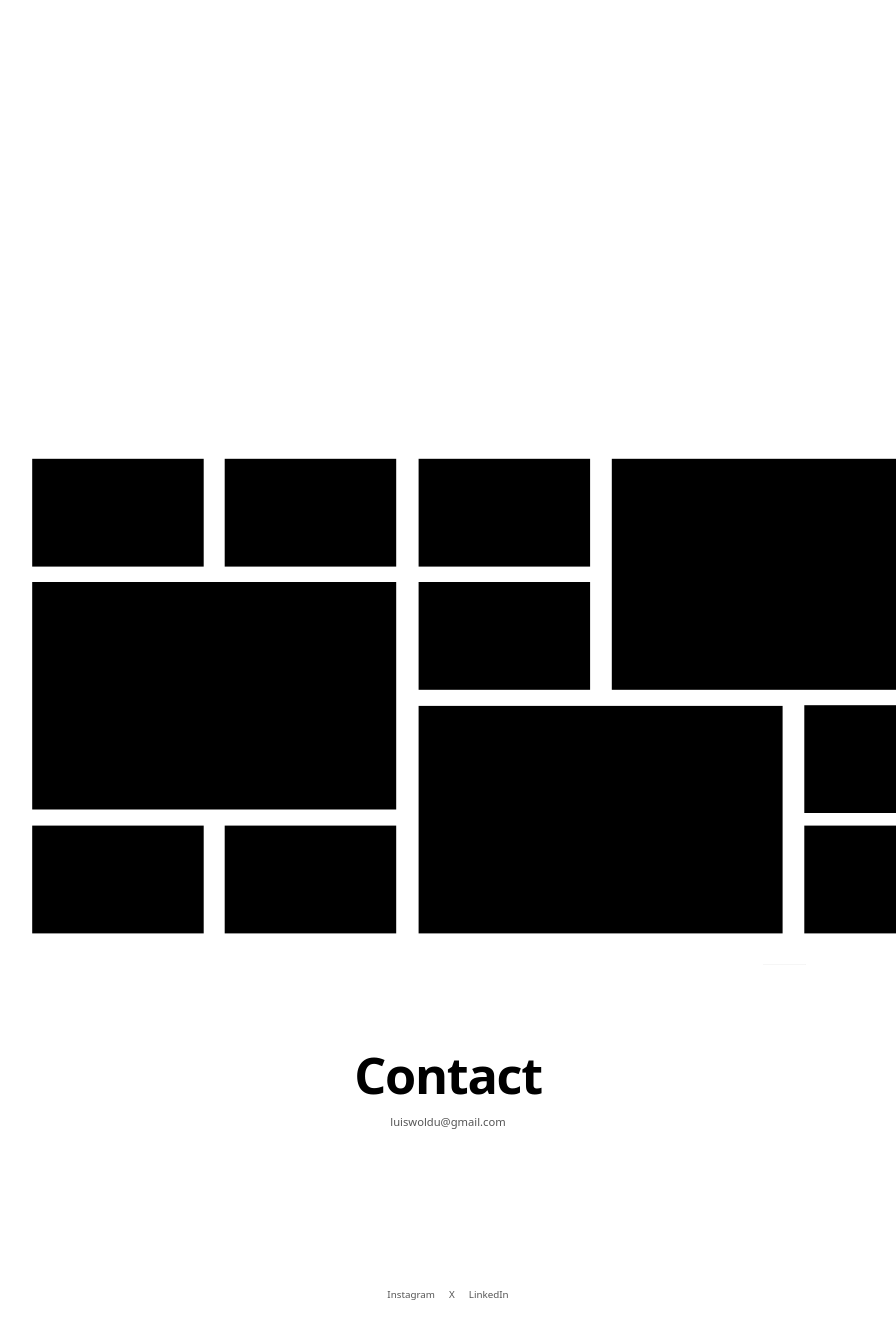
Repository: luiswoldu/personal
Page: /
An editor plug-in stored every save of this project. The page is shown before and after the next save, followed by the edit.
The browser window is 1280 px wide. The pictures show the part of the page from y = 808 to 2728 px (the page is 2708 px tall before and 2728 px after), at 70% of full size.
The project was rebuilt for these pictures with package versions that can differ from the ones it lists, and the page was loaded fresh each time. Also part of the build but not shown: vite.config.js.

Above is the page before, as saved 2025-01-08 22:31:01.

### index.html
<!doctype html>
<html lang="en">
  <head>
    <meta charset="UTF-8" />
    <link rel="icon" type="image/svg+xml" href="/vite.svg" />
    <meta name="viewport" content="width=device-width, initial-scale=1.0" />
    <link rel="preconnect" href="https://fonts.googleapis.com">
    <link rel="preconnect" href="https://fonts.gstatic.com" crossorigin>
    <link href="https://fonts.googleapis.com/css2?family=Montserrat:wght@400;700&display=swap" rel="stylesheet">
    <title>Vite + React</title>
  </head>
  <body>
    <div id="root"></div>
    <script type="module" src="/src/main.jsx"></script>
  </body>
</html>

### src/index.css
@tailwind base;
@tailwind components;
@tailwind utilities;

/* Reset all containers */
html, body, #root, #app {
  margin: 0 !important;
  padding: 0 !important;
  width: 100vw !important;
  max-width: 100vw !important;
  overflow-x: hidden !important;
}

.gallery-grid {
  width: fit-content;
  height: 750px;
  position: relative;
  margin: 0;
  padding: 24px;
  background-color: #ffffff;
}

.gallery-item {
  background-color: #000000;
  overflow: hidden;
  position: absolute;
  color: white;
  opacity: 0;
  transform: translateY(20px);
  /* Remove the animation from base class */
}

/* Only apply animation when animate class is present */
.gallery-item.animate {
  animation: fadeInUp 0.8s ease-out forwards;
}

/* Define keyframes for the fade-in-up animation */
@keyframes fadeInUp {
  0% {
    opacity: 0;
    transform: translateY(20px);
  }
  100% {
    opacity: 1;
    transform: translateY(0);
  }
}

/* Apply staggered animation delays for each tile */
.gallery-item.animate:nth-child(1) { animation-delay: 0s; }
.gallery-item.animate:nth-child(2) { animation-delay: 0.1s; }
.gallery-item.animate:nth-child(3) { animation-delay: 0.2s; }
.gallery-item.animate:nth-child(4) { animation-delay: 0.3s; }
.gallery-item.animate:nth-child(5) { animation-delay: 0.4s; }
.gallery-item.animate:nth-child(6) { animation-delay: 0.5s; }
.gallery-item.animate:nth-child(7) { animation-delay: 0.6s; }
.gallery-item.animate:nth-child(8) { animation-delay: 0.7s; }

/* Base tile sizes */
.small-tile {
  width: 245px;
  height: 154px;
}

.large-tile {
  width: 520px;
  height: 325px;
}

/* First row - Adjusted gaps to align with large2 */
.small1 { left: 46px; top: 24px; }
.small2 { left: 321px; top: 24px; }
.small3 { left: 598px; top: 24px; }  /* Changed from 595px to 594px */
.large1 { left: 874px; top: 24px; }

/* Second row */
.large2 { left: 46px; top: 200px; }
.small6 { left: 598px; top: 200px; }

/* Third row - Adjusted gaps to align with large2 */
.small4 { left: 46px; top: 548px; }
.small5 { left: 321px; top: 548px; }
.large3 { left: 598px; top: 377px; }  /* Changed from 595px to 594px */

/* Vertically stacked beside large3 */
.small7 {
    left: 1149px;
    top: 376px;
}
.small8 {
    left: 1149px;
    top: 548px;
}

.large1 {
  left: 874px;
  top: 24px;
  height: 330px; /* Increased from 325px to 330px */
}

### src/App.jsx
import { useState } from 'react'
import './App.css'
import TabBar from './components/TabBar'
import ScrollTransformHeader from './components/ScrollTransformHeader.jsx'
import Introduction from './components/Introduction'
import Work from './components/Work'
import Contact from './components/Contact'
import Footer from './components/Footer.jsx'

function App() {
  return (
    <>
      <TabBar />
      <div style={{ paddingTop: '60px', margin: 0, padding: 0, width: '100%' }}>
        <ScrollTransformHeader />
        <Introduction />
        <Work />
        <Contact />
        <Footer />
      </div>
    </>
  );
}

export default App;

### src/components/TabBar.jsx
import React, { useState, useEffect } from 'react';
import { motion } from 'framer-motion';

const TabBar = () => {
  const [activeSection, setActiveSection] = useState('none');

  useEffect(() => {
    const handleScroll = () => {
      const scrollY = window.scrollY;

      if (scrollY < 250) {
        setActiveSection('none');
      } else if (scrollY >= 250 && scrollY < 800) {
        setActiveSection('about');
      } else if (scrollY >= 800 && scrollY < 1760) {
        setActiveSection('work');
      } else if (scrollY >= 1760) {
        setActiveSection('contact');
      }
    };

    window.addEventListener('scroll', handleScroll);
    return () => window.removeEventListener('scroll', handleScroll);
  }, []);

  const getButtonStyle = (buttonName) => ({
    backgroundColor: '#f1f1f1',
    margin: '0 8px',
    padding: '15px 20px',
    paddingTop: '64px',
    paddingBottom: '40px',
    cursor: 'pointer',
    transition: 'all 0.3s ease',
    fontSize: '10.27px',
    fontFamily: 'ui-sans-serif, system-ui, -apple-system, BlinkMacSystemFont, "Segoe UI", Roboto, "Helvetica Neue", Arial, sans-serif',
    fontWeight: '700',
    textTransform: 'uppercase',
    color: activeSection === buttonName.toLowerCase() ? '#000' : '#999',
    border: 'none',
  });

  return (
    <div
      className="tab-bar"
      style={{
        backgroundColor: '#f1f1f1',
        minHeight: '60px',
        position: 'fixed',
        top: 0,
        left: 0,
        right: 0,
        zIndex: 9999,
        display: 'flex',
        justifyContent: 'center',
        alignItems: 'center',
      }}
    >
      <div style={{ display: 'flex', alignItems: 'center', gap: '16px' }}>
        <button style={getButtonStyle('about')}>
          <motion.span
            initial={{ opacity: 0, x: -30 }}
            animate={{ opacity: 1, x: 0 }}
            transition={{ type: 'spring', stiffness: 100, damping: 25, delay: 0.2 }}
          >
            ABOUT
          </motion.span>
        </button>
        <button style={getButtonStyle('work')}>
          <motion.span
            initial={{ opacity: 0, x: -30 }}
            animate={{ opacity: 1, x: 0 }}
            transition={{ type: 'spring', stiffness: 100, damping: 25, delay: 0.4 }}
          >
            WORK
          </motion.span>
        </button>
        <button style={getButtonStyle('contact')}>
          <motion.span
            initial={{ opacity: 0, x: -30 }}
            animate={{ opacity: 1, x: 0 }}
            transition={{ type: 'spring', stiffness: 100, damping: 25, delay: 0.6 }}
          >
            CONTACT
          </motion.span>
        </button>
      </div>
    </div>
  );
};

export default TabBar;

### src/components/ScrollTransformHeader.jsx
import { useState, useEffect } from 'react';

const ScrollTransformHeader = () => {
  const [scrollProgress, setScrollProgress] = useState(0);

  const initialWidth = 805;
  const initialHeight = 330;

  useEffect(() => {
    const handleScroll = () => {
      const progress = Math.min(window.scrollY / 400, 1);
      setScrollProgress(progress);
    };

    window.addEventListener('scroll', handleScroll);
    return () => window.removeEventListener('scroll', handleScroll);
  }, []);

  const getAnimatedDimensions = (progress) => {
    if (progress <= 0.5) {
      const normalizedProgress = progress * 2;
      return {
        width: initialWidth + (window.innerWidth - initialWidth) * normalizedProgress,
        height: initialHeight + (124 - initialHeight) * normalizedProgress
      };
    } else {
      // Increase the shrinking speed by using a larger multiplier (e.g., 4 instead of 2)
      const normalizedProgress = (progress - 0.5) * 4; // Faster shrinking
      return {
        width: window.innerWidth,
        height: 124 * (1 - normalizedProgress)
      };
    }
  };

  const dimensions = getAnimatedDimensions(scrollProgress);
  const translateY = -218 * scrollProgress;

  return (
    <div className="w-full min-h-[200vh] bg-white relative">
      <div
        className="fixed left-1/2 top-[40%] bg-black transition-transform duration-75 ease-out"
        style={{
          width: `${dimensions.width}px`,
          height: `${dimensions.height}px`,
          transform: `translate(-50%, ${translateY}px)`,
        }}
      >
        <img
          src="https://pbs.twimg.com/ext_tw_video_thumb/1858517907182878720/pu/img/1jUUxnTvvX4G4nta.jpg"  // Replace with the actual image URL
          alt="Your description"
          className="absolute top-0 left-0 w-full h-full object-cover"
          style={{
            transform: 'none',  // Ensure the image is not affected by the container's transform
          }}
        />
      </div>
    </div>
  );
};

export default ScrollTransformHeader;

### src/components/Introduction.jsx
import React, { useState, useEffect } from 'react';

const Introduction = () => {
  const [isVisible, setIsVisible] = useState(false);

  useEffect(() => {
    const handleScroll = () => {
      if (window.scrollY >= 50) {
        setTimeout(() => {
          setIsVisible(true);
        }, 200);
      } else {
        setIsVisible(false);
      }
    };

    window.addEventListener('scroll', handleScroll);
    return () => window.removeEventListener('scroll', handleScroll);
  }, []);

  return (
    <div
      style={{
        display: 'flex',
        justifyContent: 'center',
        alignItems: 'center',
        height: '50vh',
        padding: '0 20px',
        backgroundColor: 'white',
        opacity: isVisible ? 1 : 0,
        transition: 'opacity 0.2s ease-in',
        position: 'relative',
        zIndex: 1,
        marginTop: '-80vh',
        marginBottom: '30vh'
      }}
    >
      <p
        style={{
          maxWidth: '600px',
          textAlign: 'left',
          lineHeight: '1.6',
          fontSize: '18px',
          fontFamily: 'ui-sans-serif, system-ui, -apple-system, BlinkMacSystemFont, "Segoe UI", Roboto, "Helvetica Neue", Arial, sans-serif',
          color: '#666666',
          paddingTop: '60px',
          fontWeight: '400'
        }}
      >
        Welcome, I'm James Owen, a British artist and designer based in San Francisco.
        <br /><br />
        As a former Creative Director at ManvsMachine, I've collaborated with brands such as Apple, Nike, Google, and Xbox. Together, we created remarkable projects that garnered worldwide recognition, including D&AD Pencils, Cannes Gold Lions, and many more.
        <br /><br />
        Currently, I'm creating groundbreaking experiences with the Apple Design Team while consuming copious amounts of tea.
      </p>
    </div>
  );
};

export default Introduction;

### src/components/Work.jsx
import React, { useEffect, useRef } from 'react';

const Work = () => {
  const observerRef = useRef(null);

  useEffect(() => {
    // Create intersection observer
    observerRef.current = new IntersectionObserver(
      (entries) => {
        entries.forEach(entry => {
          if (entry.isIntersecting) {
            entry.target.classList.add('animate');
            // Unobserve after animation is triggered so it won't repeat
            observerRef.current.unobserve(entry.target);
          }
        });
      },
      {
        threshold: 0.1 // Trigger when at least 10% of the element is visible
      }
    );

    // Observe all gallery items
    const galleryItems = document.querySelectorAll('.gallery-item');
    galleryItems.forEach(item => {
      observerRef.current.observe(item);
    });

    // Cleanup
    return () => {
      if (observerRef.current) {
        observerRef.current.disconnect();
      }
    };
  }, []);

  return (
    <div
      style={{
        minHeight: 'auto',
        height: '747px',
        backgroundColor: 'white',
        position: 'relative',
        zIndex: 0,
        padding: 0,
        margin: 0,
        width: 'auto',
        overflow: 'hidden',
        left: 0,
        right: 0
      }}
    >
      <div
        className="gallery-grid"
        style={{
          left: 0,
          margin: 0,
          padding: 0
        }}
      >
        {/* Small Tiles */}
        <div className="gallery-item small-tile small1" data-number="1" />
        <div className="gallery-item small-tile small2" data-number="2" />
        <div className="gallery-item small-tile small3" data-number="3" />
        <div className="gallery-item small-tile small4" data-number="4" />
        <div className="gallery-item small-tile small5" data-number="5" />
        <div className="gallery-item small-tile small6" data-number="6" />
        <div className="gallery-item small-tile small7" data-number="7" />
        <div className="gallery-item small-tile small8" data-number="8" />

        {/* Large Tiles */}
        <div className="gallery-item large-tile large1" data-number="9" />
        <div className="gallery-item large-tile large2" data-number="10" />
        <div className="gallery-item large-tile large3" data-number="11" />
      </div>
    </div>
  );
};

export default Work;

### src/components/Contact.jsx
import React, { useEffect, useState } from 'react';
import { useInView } from 'react-intersection-observer';
import './Contact.css';

const Contact = () => {
  const [isLoaded, setIsLoaded] = useState(false);
  const [titleRef, titleInView] = useInView({
    triggerOnce: true,
    threshold: 0.6,
  });

  const [emailRef, emailInView] = useInView({
    triggerOnce: true,
    threshold: 0.6,
  });

  useEffect(() => {
    setIsLoaded(true);
  }, []);

  return (
    <div
    style={{
      height: '420px',  // Reduced height by 30% from 550px
      backgroundColor: 'white',
      position: 'relative',
      zIndex: 1,
      margin: 0,
      padding: '120px 0 28px 0', // Keep the 28px padding at the bottom
      width: '100%',
    }}
  >


      <h1
        ref={titleRef}
        className={`text-6xl md:text-7xl font-bold text-center tracking-tight ${
          isLoaded ? (titleInView ? 'animate-text' : 'hidden-text') : ''
        }`}
      >
        Contact
      </h1>

      <a
        ref={emailRef}
        href="mailto:wecare@ju.st"
        style={{ color: '#555' }}
        className={`block text-center mt-5 ${
          isLoaded ? (emailInView ? 'animate-email' : 'hidden-email') : ''
        }`}
      >
        luiswoldu@gmail.com
      </a>
    </div>
  );
};

export default Contact;

### src/components/Footer.jsx
import React from 'react';

const Footer = () => {
  return (
    <div
      style={{
        textAlign: 'center',
        fontSize: '14px',
        padding: '40px 0', // Increased padding for top and bottom
        color: '#555',
      }}
    >
      <a
        href="https://instagram.com"
        target="_blank"
        rel="noopener noreferrer"
        style={{
          textDecoration: 'none',
          color: '#555',
          margin: '0 10px',
        }}
      >
        Instagram
      </a>
      <a
        href="https://twitter.com"
        target="_blank"
        rel="noopener noreferrer"
        style={{
          textDecoration: 'none',
          color: '#555',
          margin: '0 10px',
        }}
      >
        X
      </a>
      <a
        href="https://linkedin.com"
        target="_blank"
        rel="noopener noreferrer"
        style={{
          textDecoration: 'none',
          color: '#555',
          margin: '0 10px',
        }}
      >
        LinkedIn
      </a>
    </div>
  );
};

export default Footer;

### src/components/Contact.css
/* Initial hidden state for both title and email */
.hidden-text, .hidden-email {
  opacity: 0;
  transform: translateY(20px);
  transition: opacity 0.8s ease-in-out, transform 0.8s ease-in-out;
}

/* Animation class for text and email */
.animate-text, .animate-email {
  opacity: 1;
  transform: translateY(0);
  transition: opacity 0.8s ease-in-out, transform 0.8s ease-in-out;
}

/* Optionally add more smoothness for the email animation */
.animate-email {
  transition-delay: 0.2s; /* Slight delay for the email */
}

/* Optional additional styling to make the email look better */
a {
  text-decoration: none;
  color: inherit;
}

Loaded but not shown: src/main.jsx (common file); src/App.css (common file); tailwind.config.js (common file)

After the next save:
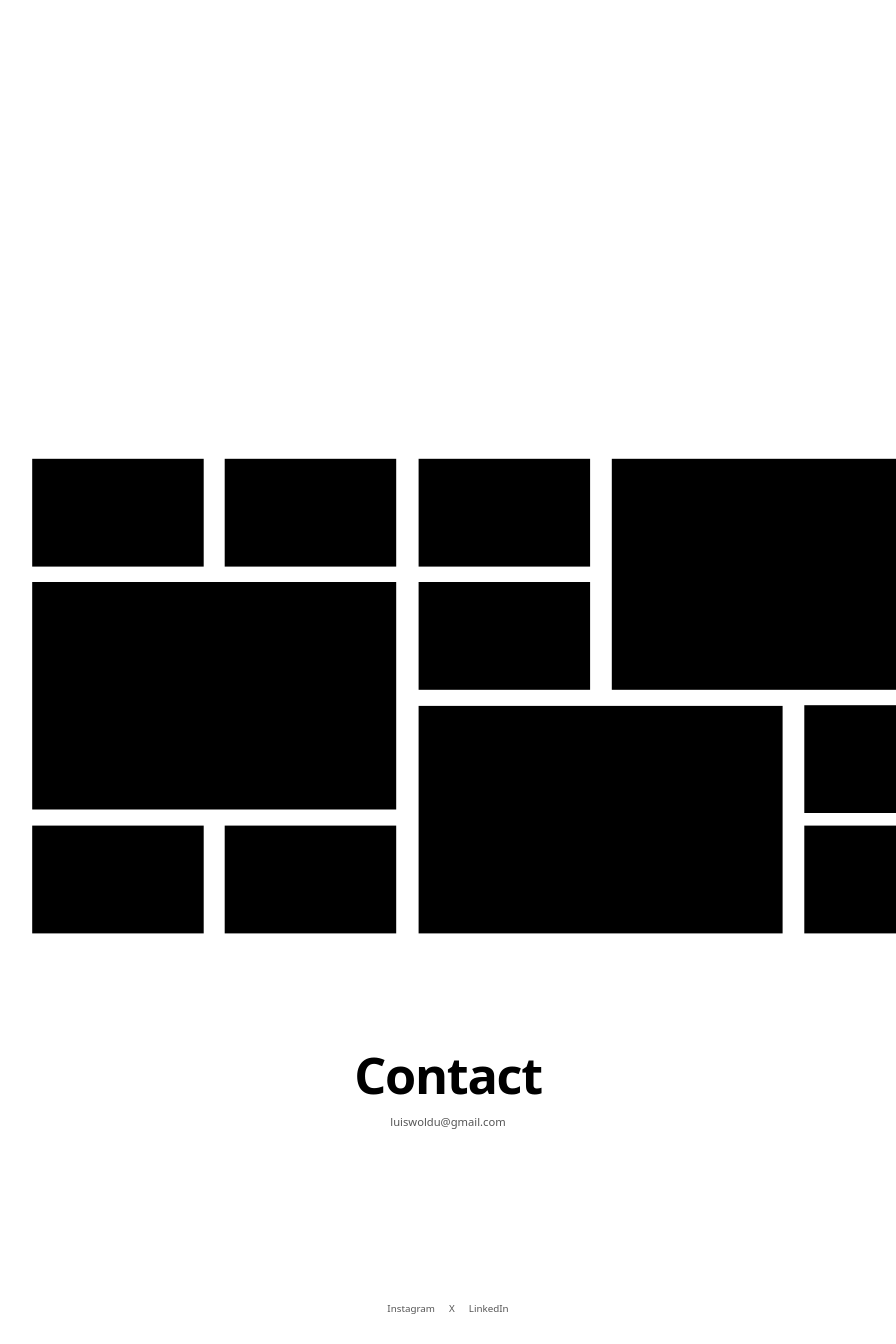
Saved 51 s later.
--- a/src/components/Contact.jsx
+++ b/src/components/Contact.jsx
@@ -21,7 +21,7 @@ const Contact = () => {
   return (
     <div
     style={{
-      height: '420px',  // Reduced height by 30% from 550px
+      height: '440px',  // Reduced height by 30% from 550px
       backgroundColor: 'white',
       position: 'relative',
       zIndex: 1,
